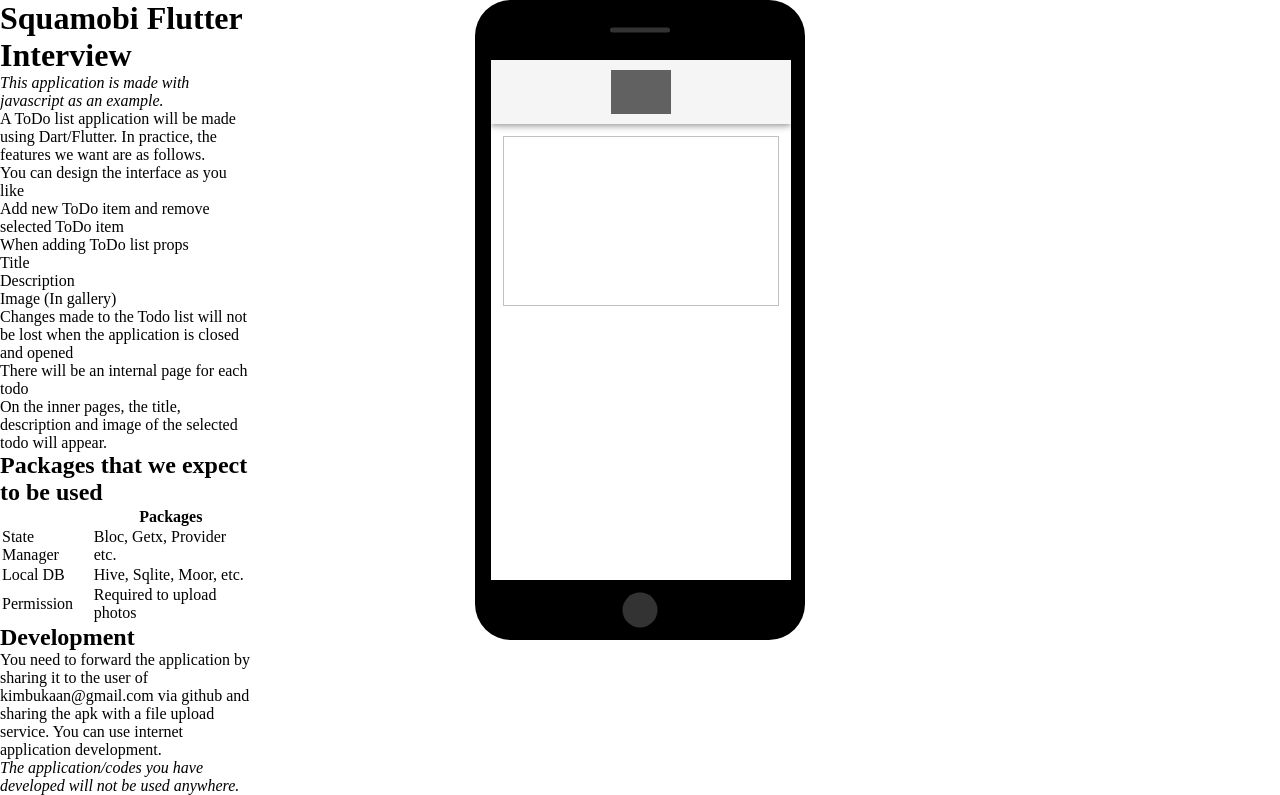
Repository: Keepnox/squamobi-interview
Page: /8178fd7b-9544-4c42-a0b8-7daf705d621c
The author's editor kept a copy of each file at every save. The page is drawn from the files as they stood at one save, then again after a run of saves.
The browser window is 1280 px wide. The pictures show the whole page.
Pictures or frames that could not be fetched are drawn as grey boxes. The project was rebuilt for these pictures with package versions that can differ from the ones it lists, and the page was loaded fresh each time. Also part of the build but not shown: vue.config.js, src/components/TodoItem.vue.

Above is the page before, as saved 2022-01-18 01:36:33.

### src/App.vue
<template>
  <div id="squamobi">
    <div class="quest" style="position: absolute;">
      <h1 id="-squamobi-flutter-interview-"><strong>Squamobi Flutter Interview</strong></h1>
<p><em>This application is made with javascript as an example.</em></p>
<p>A ToDo list application will be made using Dart/Flutter. In practice, the features we want are as follows.</p>
<ul>
<li>You can design the interface as you like</li>
<li>Add new ToDo item and remove selected ToDo item</li>
<li>When adding ToDo list props<ul>
<li>Title</li>
<li>Description</li>
<li>Image (In gallery)</li>
</ul>
</li>
<li>Changes made to the Todo list will not be lost when the application is closed and opened</li>
<li>There will be an internal page for each todo</li>
<li>On the inner pages, the title, description and image of the selected todo will appear.</li>
</ul>
<h2 id="-packages-that-we-expect-to-be-used-"><strong>Packages that we expect to be used</strong></h2>
<table>
<thead>
<tr>
<th></th>
<th>Packages</th>
</tr>
</thead>
<tbody>
<tr>
<td>State Manager</td>
<td>Bloc, Getx, Provider etc.</td>
</tr>
<tr>
<td>Local DB</td>
<td>Hive, Sqlite, Moor, etc.</td>
</tr>
<tr>
<td>Permission</td>
<td>Required to upload photos</td>
</tr>
</tbody>
</table>
<h2 id="development">Development</h2>
<p>You need to forward the application by sharing it to the user of kimbukaan@gmail.com via github and sharing the apk with a file upload service. You can use internet application development.</p>
<p><em>The application/codes you have developed will not be used anywhere.</em></p>

    </div>
    <smartphone>
      <v-app>
      <v-main>
          <v-app-bar >
            <img class="main-logo" src="https://squamobi.com/wp-content/uploads/2021/11/sdffsdfds.png" alt="">
          </v-app-bar>
        <v-container fluid>
          <router-view></router-view>
        </v-container>
      </v-main>
    </v-app>
    </smartphone>
  </div>
</template>

<script>
import Smartphone from './components/Smartphone.vue';

export default {
  name: 'App',

  components: {
    Smartphone,
  },


};
</script>

<style>
#squamobi .quest {
  position: absolute;
  width: 250px;
}
#squamobi .main-logo {
  filter: invert(1);
  margin: 0 auto;
  padding: 3px;
  height: 90%;
}
</style>

### src/router/index.js
import Vue from "vue";
import VueRouter from "vue-router";
import Home from "../views/Home.vue";

Vue.use(VueRouter);

const routes = [
  {
    path: "/",
    name: "Home",
    component: Home,
  },
  {
    path: "/:id",
    name: "ItemIndex",

    component: () => import("../views/Items.vue"),
  },
];

const router = new VueRouter({
  mode: "history",
  base: process.env.BASE_URL,
  routes,
});

export default router;

### src/components/Smartphone.vue
<template>
  <div class="smartphone">
    <div class="content">
      <slot> </slot>
    </div>
  </div>
</template>

<style scoped>

.smartphone {
  position: relative;
  width: 330px;
  height: 640px;
  margin: auto;
  border: 16px black solid;
  border-top-width: 60px;
  border-bottom-width: 60px;
  border-radius: 36px;
}

/* The horizontal line on the top of the device */
.smartphone:before {
  content: '';
  display: block;
  width: 60px;
  height: 5px;
  position: absolute;
  top: -30px;
  left: 50%;
  transform: translate(-50%, -50%);
  background: #333;
  border-radius: 10px;
}

/* The circle on the bottom of the device */
.smartphone:after {
  content: '';
  display: block;
  width: 35px;
  height: 35px;
  position: absolute;
  left: 50%;
  bottom: -65px;
  transform: translate(-50%, -50%);
  background: #333;
  border-radius: 50%;
}

/* The screen (or content) of the device */
.smartphone .content {
  width: 300px;
  height: 520px;
  background: white;
}

.content > * {
  min-height: 100%;
  height: 100%;
}
</style>

### src/views/Home.vue
<template>
  <div id="listOuter">
    <TodoItem
      :to="esea"
      v-for="(t, index) in todoData"
      :key="index"
      :title="t.title"
      :id="t.id"
      :desc="t.description"
      :image="t.image"
      v-on:removeClick="removeItem(t.id)"
    ></TodoItem>

    <v-btn
          class="add-button"
          color="primary"
          elevation="3"
          fab
          v-on:click="dialog = !dialog"
        ><span style="font-size:34px;">+</span></v-btn>
        <v-card class="popup" v-if="dialog">
          <div class="popup-title">Add Todo</div>
          <v-text-field
            label="Title"
            hide-details="auto"
            v-model="title"
          ></v-text-field>
          <v-text-field
            label="Description"
            hide-details="auto"
            v-model="description"
          ></v-text-field>
          <v-text-field
            label="Image Url"
            hide-details="auto"
            v-model="image"
          ></v-text-field>
          <v-btn class="add" v-on:click="addTodo">
            Add
          </v-btn>
        </v-card>
  </div>
</template>

<script>

import TodoItem from '@/components/TodoItem.vue'
import { v4 as uuidv4 } from 'uuid';

export default {
  name: 'Home',
  components: {TodoItem},
  data () {
    return {
      todoData: [],
      dialog: false,
      image: "",
      description: "",
      title: ""
    }
  },
  watch: {
    dialog(val) {
      if(val) {
        document.getElementsByTagName('body')[0].classList.add('popup-active')
      } else {
        document.getElementsByTagName('body')[0].classList.remove('popup-active')
      }
    }
  },
  mounted () {
    this.todoData = JSON.parse(localStorage.getItem('todo'))
  },
  created() {
    let defaultData = JSON.parse(localStorage.getItem('todo')) || [
        {
          title: "First Item",
          description: 'First Item Todo...',
          image: "https://unsplash.it/640/425?random",
          id: uuidv4()
        },
      ]
    localStorage.setItem('todo', JSON.stringify(defaultData))
  },
  methods: {
    removeItem(item) {
      console.log(item)
      let allData = this.todoData
      var filteredData = allData.filter(i => i.id != item);
      localStorage.setItem('todo', JSON.stringify(filteredData))
      this.todoData = filteredData
    },
    addTodo() {
      this.todoData.push(
        {
          title: this.title,
          description: this.description,
          image: this.image,
          id: uuidv4()
        }
      );
      localStorage.setItem('todo', JSON.stringify(this.todoData));
      this.dialog = false;
    }
  }
}
</script>

<style >
.v-application--wrap {
  height: 100%;
  min-height: 100%;
  overflow: hidden;
  overflow-y: scroll;
}

.popup-active .v-application--wrap:before {
  content: "";
}
.v-application--wrap:before {
  position: absolute;
  top: 0;
  width: 100%;
  height: 100%;
  background-color: rgba(0,0,0,0.4);
  z-index: 1;
}

.v-main, v-main__wrap {
  height: 100%;
}
.v-main .container {
  height: calc(100% - 70px);
}
.list-outer
.list-outer {
  position: relative;
  height: 100%;
  width: 100%;
}
.add-button {
  position: fixed;
  right: 50%;
  transform: translatex(220%);
  top: 450px;
}
.popup {
  position: absolute;
  padding: 15px;
  width: 90%;
  top: 50%;
  z-index: 2;
  transform: translateY(-50%);
}
.popup .add {
  margin-top: 20px;
  float: right;
}
.popup .popup-title {
  font-weight: 900;
}
</style>

### src/views/Items.vue
<template>
  <div id="itemPage">
    <img :src="item.image"  alt="">
    <h3>{{item.title}}</h3>
    <p>{{item.description}}</p>
  </div>
</template>

<script>
export default {
  data() {
    return {
      item: {}
    }
  },
  mounted() {
    let data = JSON.parse(localStorage.getItem('todo'))
    console.log(data)
    this.item = data.find(d => d.id === this.$route.params.id)
  }
}
</script>

<style scoped>
#itemPage {
  position: relative;
  height: 100%;
  width: 100%;
}
#itemPage img {
  width: 100%;
  height: 170px;
  object-fit: cover;
}
</style>

Loaded but not shown: public/index.html (common file); src/main.js (common file); src/plugins/vuetify.js (common file)

After the next 2 saves:
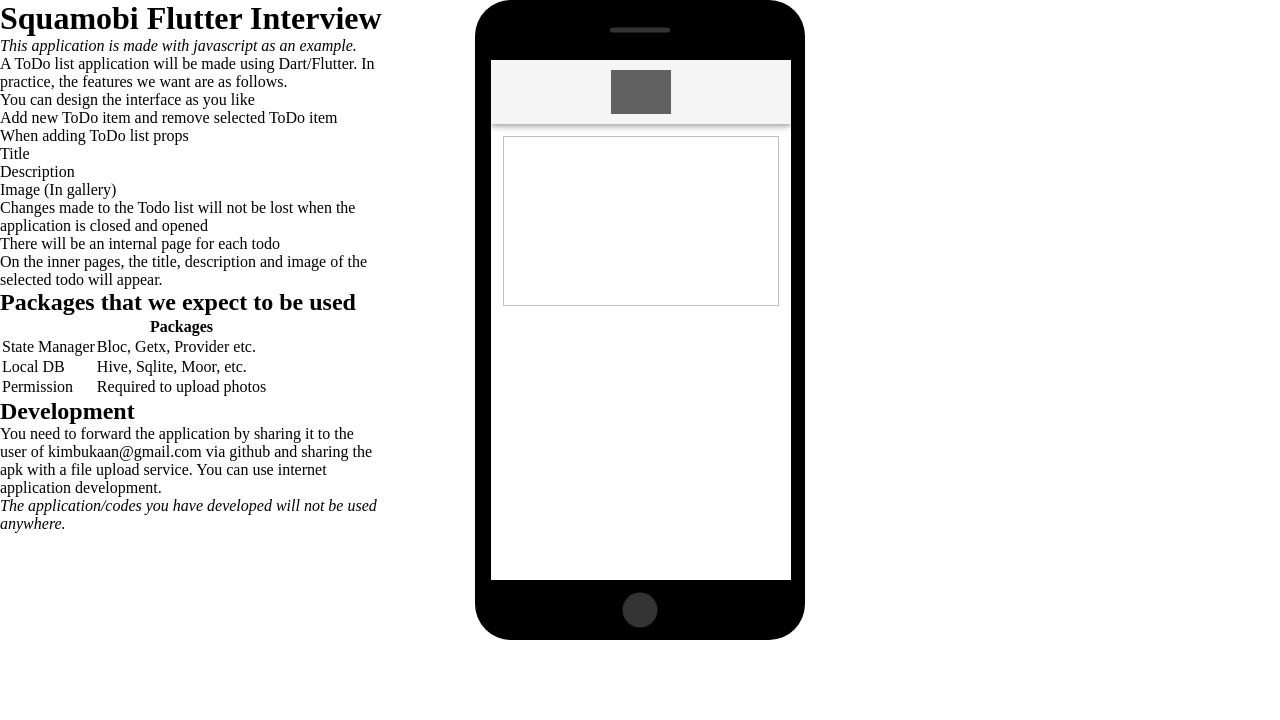
The 2 saves are shown as one change because they came seconds apart.
The last was saved 8 s later.
--- a/src/App.vue
+++ b/src/App.vue
@@ -77,7 +77,7 @@ export default {
 <style>
 #squamobi .quest {
   position: absolute;
-  width: 250px;
+  width: 30%;
 }
 #squamobi .main-logo {
   filter: invert(1);
